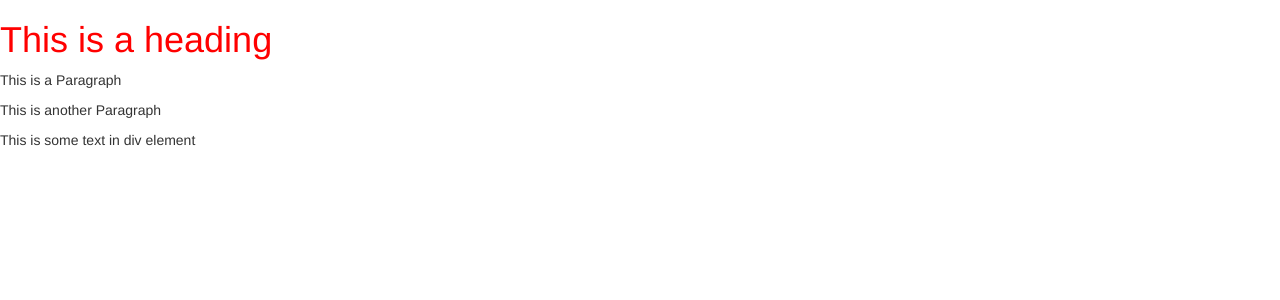
Repository: vaibhavkri/Trendnxt-Projects
Page: bootstrap/Bootstrap– L3 Assignment/Topic 5 CSS Pseudo-classes/Assignment2.html
An editor plug-in stored every save of this project. The page is shown before and after the next save, followed by the edit.
The browser window is 1280 px wide. The pictures show the whole page.

Above is the page before, as saved 2018-10-23 14:07:38.

### bootstrap/Bootstrap– L3 Assignment/Topic 5 CSS Pseudo-classes/Assignment2.html
<!DOCTYPE html>
<html lang="en">

<head>
    <title>Bootstrap Example</title>
    <meta charset="utf-8">
    <meta name="viewport" content="width=device-width, initial-scale=1, shring-to-fit=no">
    <link rel="stylesheet" href="https://maxcdn.bootstrapcdn.com/bootstrap/3.3.7/css/bootstrap.min.css">
    <script src="https://ajax.googleapis.com/ajax/libs/jquery/3.3.1/jquery.min.js"></script>
    <script src="https://maxcdn.bootstrapcdn.com/bootstrap/3.3.7/js/bootstrap.min.js"></script>
    <style>
        h1::first-line {
            color: red;
        }
    </style>
</head>

<body>
    <h1>This is a heading </h1>
    <p>This is a Paragraph</p>
    <p>This is another Paragraph</p>
    <div>This is some text in div element</div>


</body>

</html>

After the next save:
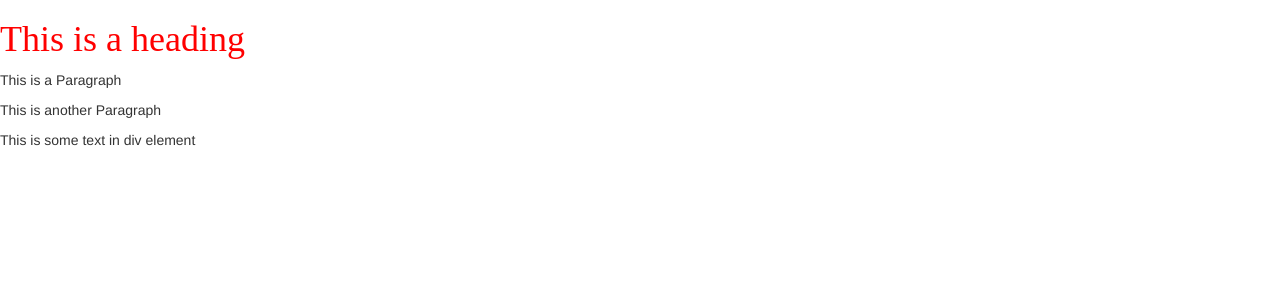
Saved 47 s later.
--- a/bootstrap/Bootstrap– L3 Assignment/Topic 5 CSS Pseudo-classes/Assignment2.html
+++ b/bootstrap/Bootstrap– L3 Assignment/Topic 5 CSS Pseudo-classes/Assignment2.html
@@ -10,6 +10,7 @@
     <script src="https://maxcdn.bootstrapcdn.com/bootstrap/3.3.7/js/bootstrap.min.js"></script>
     <style>
         h1::first-line {
+            font-family: 'Times New Roman', Times, serif;
             color: red;
         }
     </style>
